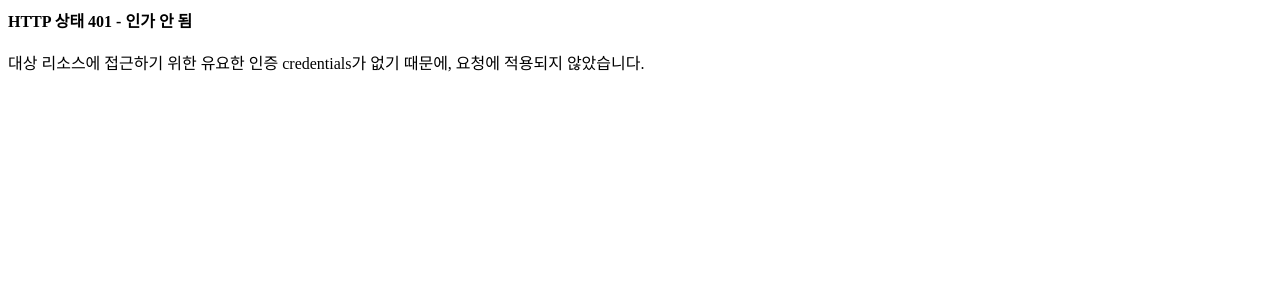
Repository: iwanttogohomenow/jspwork
Page: http://localhost/second/error/error403.jsp
These files come from the project's save history. The page is drawn as it stood at one moment and after the next save; the edit follows.
The browser window is 1280 px wide. The pictures show the whole page.
The page is served by Tomcat 9.

Above is the page before, as saved 2023-03-08 03:51:44.

After the next save:
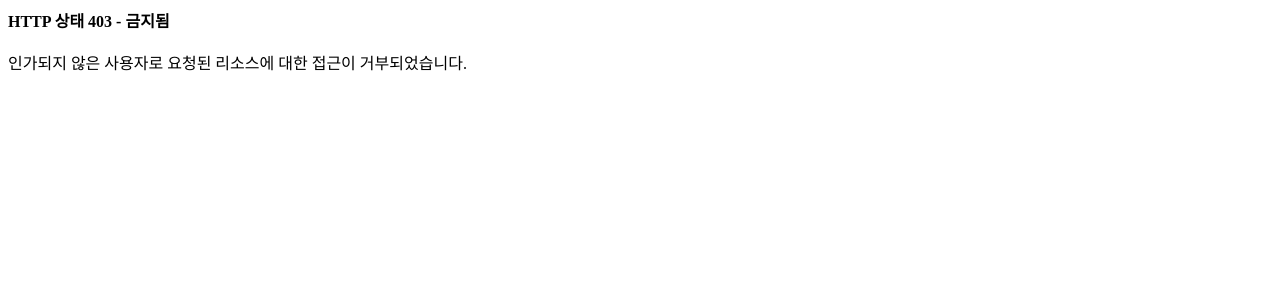
Saved 42 s later.
--- a/second/src/main/webapp/error/error403.jsp
+++ b/second/src/main/webapp/error/error403.jsp
@@ -1,5 +1,6 @@
 <%@ page language="java" contentType="text/html; charset=UTF-8"
     pageEncoding="UTF-8"%>
+    <% session.invalidate(); %>
 <!DOCTYPE html>
 <html>
 <head>
@@ -7,9 +8,9 @@
 <title>403 에러 발생</title>
 </head>
 <body>
-<strong>HTTP 상태 401 - 인가 안 됨</strong>
+<strong>HTTP 상태 403 - 금지됨</strong>
 	<br>
-	<br> 대상 리소스에 접근하기 위한 유요한 인증 credentials가 없기 때문에, 요청에 적용되지 않았습니다.
+	<br> 인가되지 않은 사용자로 요청된 리소스에 대한 접근이 거부되었습니다.
 
 </body>
 </html>
